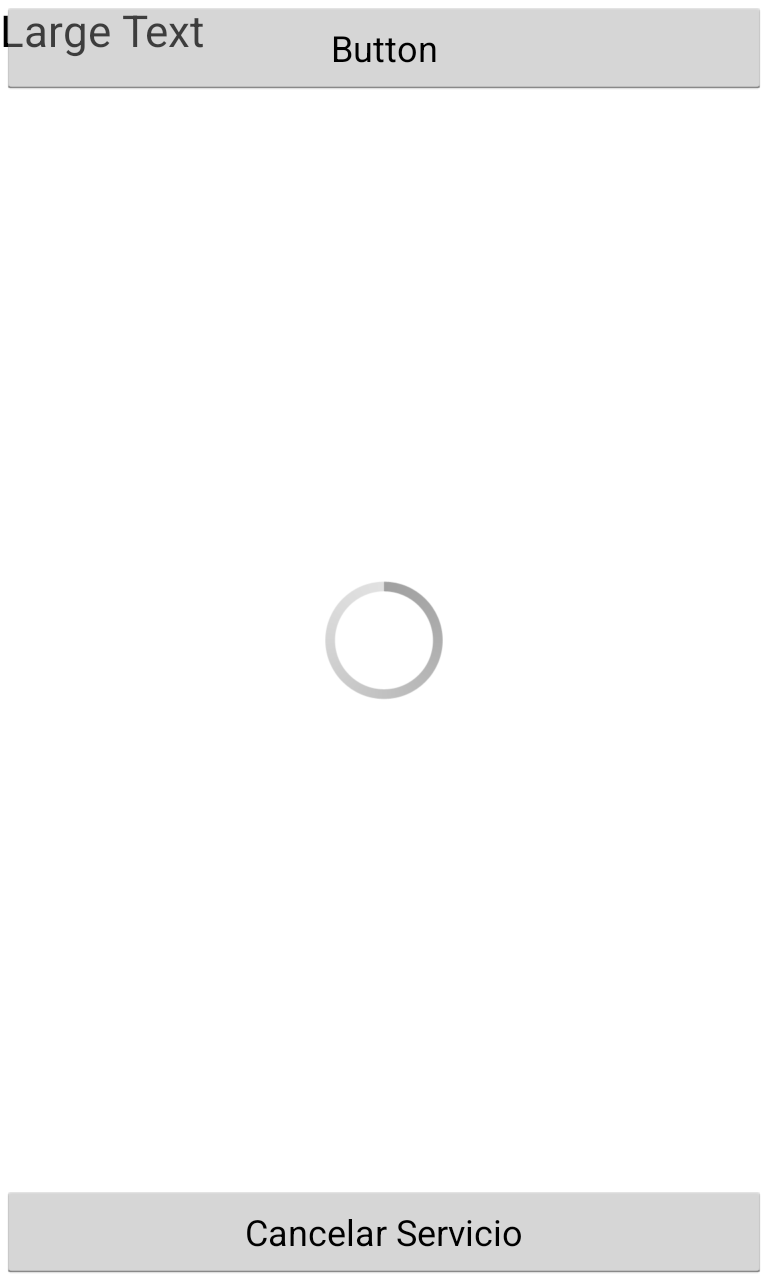
Repository: fernandohur/moviles
Layout: ClientePasajero/res/layout/activity_esperar_taxi.xml
An editor plug-in stored every save of this project. The layout is shown before and after the next save, followed by the edit.
It is drawn on a 768 x 1280 px phone screen (xhdpi) without system bars, with theme AppTheme; the app's code is not run.

Above is the layout before, as saved 2013-03-06 00:12:23.

### ClientePasajero/res/layout/activity_esperar_taxi.xml
<RelativeLayout xmlns:android="http://schemas.android.com/apk/res/android"
    xmlns:tools="http://schemas.android.com/tools"
    android:layout_width="match_parent"
    android:layout_height="match_parent"
    tools:context=".EsperarTaxiActivity" >

    <TextView
        android:id="@+id/textView1"
        android:layout_width="wrap_content"
        android:layout_height="wrap_content"
        android:layout_alignParentLeft="true"
        android:layout_alignParentRight="true"
        android:layout_alignParentTop="true"
        android:text="Large Text"
        android:textAppearance="?android:attr/textAppearanceLarge" />

    <Button
        android:id="@+id/button1"
        android:layout_width="wrap_content"
        android:layout_height="wrap_content"
        android:layout_alignParentLeft="true"
        android:layout_alignParentRight="true"
        android:layout_marginBottom="28dp"
        android:text="Button" />

    <ProgressBar
        android:id="@+id/progressBar1"
        style="?android:attr/progressBarStyleLarge"
        android:layout_width="wrap_content"
        android:layout_height="wrap_content"
        android:layout_centerHorizontal="true"
        android:layout_centerVertical="true" />

    <Button
        android:id="@+id/button2"
        android:layout_width="wrap_content"
        android:layout_height="wrap_content"
        android:layout_alignParentBottom="true"
        android:layout_alignParentLeft="true"
        android:layout_alignParentRight="true"
        android:text="Cancelar Servicio" />

</RelativeLayout>

Loaded but not shown: ClientePasajero/res/values/styles.xml (common file); ClientePasajero/res/values-v11/styles.xml (common file); ClientePasajero/res/values-v14/styles.xml (common file)

After the next save:
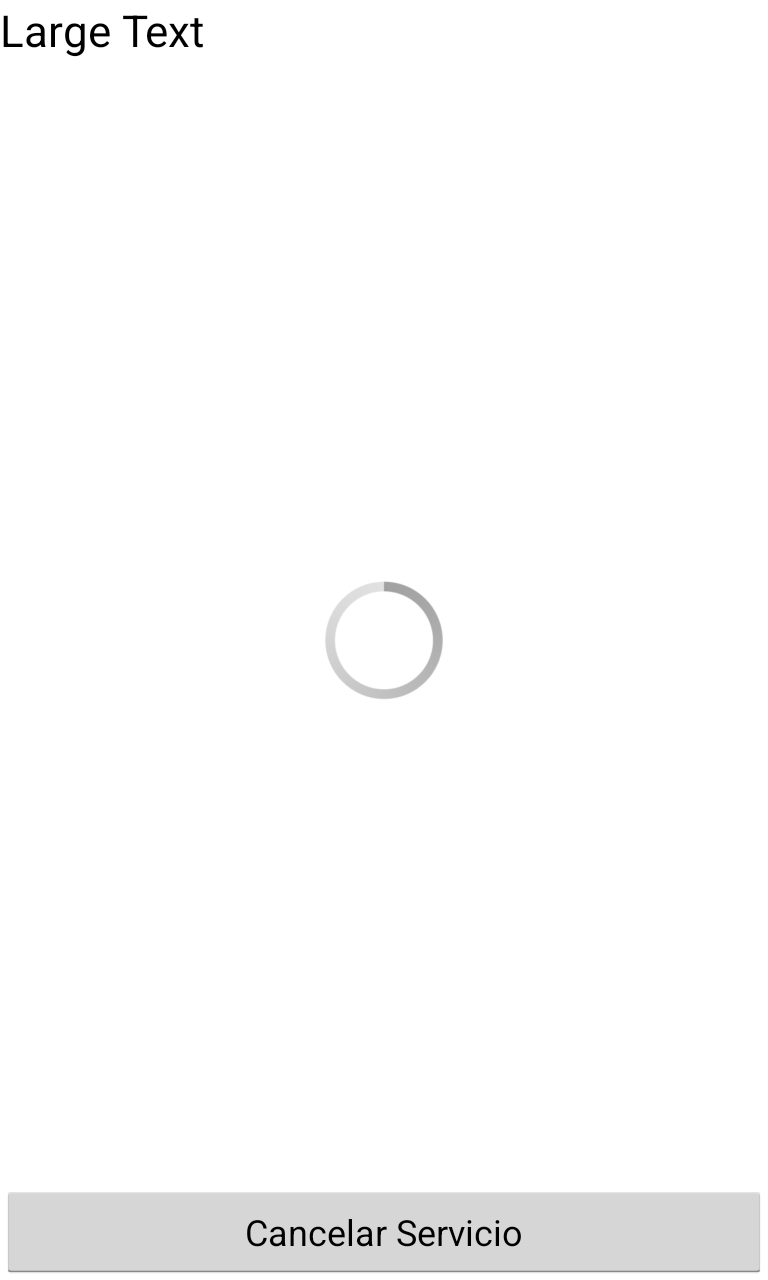
Saved 13 s later.
--- a/ClientePasajero/res/layout/activity_esperar_taxi.xml
+++ b/ClientePasajero/res/layout/activity_esperar_taxi.xml
@@ -13,15 +13,6 @@
         android:layout_alignParentTop="true"
         android:text="Large Text"
         android:textAppearance="?android:attr/textAppearanceLarge" />
-
-    <Button
-        android:id="@+id/button1"
-        android:layout_width="wrap_content"
-        android:layout_height="wrap_content"
-        android:layout_alignParentLeft="true"
-        android:layout_alignParentRight="true"
-        android:layout_marginBottom="28dp"
-        android:text="Button" />
 
     <ProgressBar
         android:id="@+id/progressBar1"
